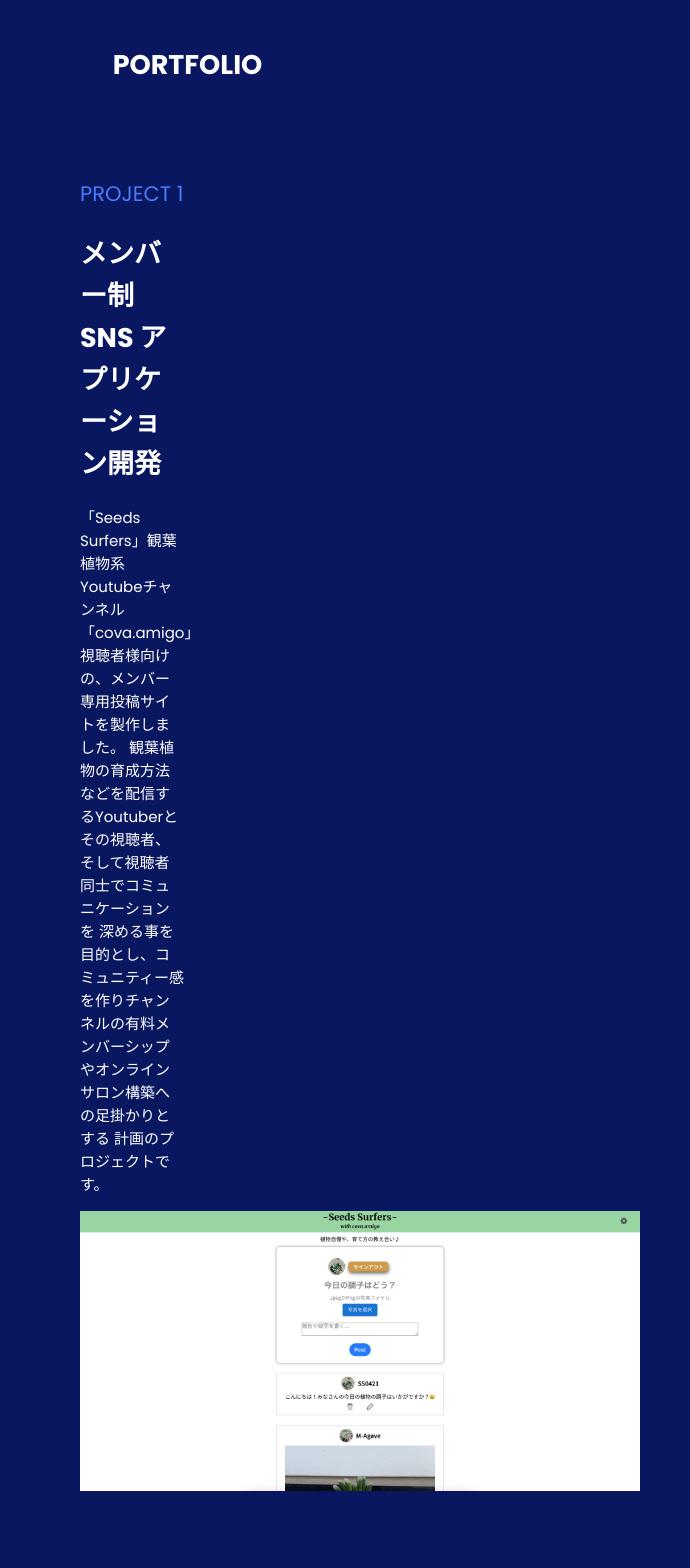
Repository: Seiya00002/my-portfolio-website2
Page: /
An editor plug-in stored every save of this project. The page is shown before and after the next save, followed by the edit.
The browser window is 375 px wide. The page is 690 px wide, so the pictures cover 690 px, including what lies to the right of the window. The pictures show the part of the page from y = 1012 to 2580 px (the page is 6540 px tall before and 6210 px after).
Pictures or frames that could not be fetched are drawn as grey boxes. Some web fonts or font styles are not loaded; a fallback is used. The project was rebuilt for these pictures with package versions that can differ from the ones it lists, and the page was loaded fresh each time.

Above is the page before, as saved 2023-09-26 08:45:05.

### src/index.css
body {
  margin: 0;
  font-family: -apple-system, BlinkMacSystemFont, 'Segoe UI', 'Roboto', 'Oxygen',
    'Ubuntu', 'Cantarell', 'Fira Sans', 'Droid Sans', 'Helvetica Neue',
    sans-serif;
  -webkit-font-smoothing: antialiased;
  -moz-osx-font-smoothing: grayscale;
  background-color: rgb(8, 23, 95);
}

code {
  font-family: source-code-pro, Menlo, Monaco, Consolas, 'Courier New',
    monospace;
}

### src/App.tsx
import React from 'react';
import logo from './logo.svg';
import './App.css';
import Header from './Components/Header';
import Homepage from './Components/Homepage';
import Footer from './Components/Footer';

function App() {
  return (
    <div className="App">
      <Header />
      <Homepage />
      <Footer />
    </div>
  );
}

export default App;

### src/App.css
@import url('https://fonts.googleapis.com/css2?family=Dela+Gothic+One&family=Poppins:wght@300;400;500;600;700&display=swap');


.App {
  align-items: center;
  font-size: 18px;
  height: 100vh;
  width: 100%;
}

h1, h2, h3, p, a, label {
  color: white;
  font-family: 'Poppins', sans-serif;
}

p {
  font-size: 15px;
}

.header {
  height: 80px;
  display: flex;
  justify-content: space-around;
  align-items: center;
  text-align: left;
  width: 100%;
  color: white;
  position: fixed;
  background-color: rgb(8, 23, 95);
  z-index: 10;
}

nav ul li {
  list-style: none;
  display: inline-block;
  margin-right: 30px;
}

nav ul li a {
  font-size: 15px;
  color: white;
  text-decoration: none;
  transition: all 0.2s;
}

nav ul li a:hover {
  color: rgb(36, 89, 250);
}

.container {
  padding: 80px;
}

.title {
  position: relative;
  padding-bottom: 120px;
}

.title p{
  font-size: 20px;
  position: absolute;
}

.title h1{
  font-family: 'Dela Gothic One', cursive;
  font-size: 40px;
  padding-top: 45px;
}

.button {
  display       : inline-block;
  border-radius : 10px;          /* 角丸       */
  font-size     : 12pt;        /* 文字サイズ */
  text-align    : center;      /* 文字位置   */
  cursor        : pointer;     /* カーソル   */
  padding       : 17px 45px;   /* 余白       */
  background: linear-gradient(to left, #97c6f8, #4b7cf8);
  color         : #ffffff;
  line-height   : 1em;
  transition    : .5s;         /* なめらか変化 */
  border        : none;
  text-decoration: none;
}
.button:hover {
  color         : #000066;
  background    : #ffffff;
}

#about-me {
  display: flex;
  width: 100%;
  margin-bottom: 150px;
}

.about-me img {
  height: 300px;
  width: 300px;
  object-fit: cover;
}
.section-title {
  display: flex;
  justify-content: center;
}

.project {
  display: flex;
  padding-top: 50px;
}

.project h3 {
  color: #4b7cf8;
  font-weight: 400;
}

.right-contents {
  align-items: center;
  padding-left: 100px;
}

.left-contents {
  padding-right: 100px;
}

.project img {
  width: 560px;
  height: 280px;
  object-fit: cover;
}

.tech-icon {
  width: 80px;
  height: 80px;
}

.tech-icon img {
  width: 100%;
  height: 100%;

}

.skill-section {
  display: flex;
}

.service-title img {
  width: 50px;
  height: 50px;
}

#contact {
  background: rgb(113, 135, 246);
  border-radius: 10px;
}

.footer {
  height: 110px;
  width: 100%;
  justify-content: center;
  align-items: center;
  background-color: rgb(113, 135, 246);
  border-top: rgb(196, 204, 244);
}

.footer p {
  text-align: center;
  padding-top: 40px;
  font-size: small;
}

@media screen and (max-width: 768px) {
  .project {
    display: block;
    width: 80%;
  }
}

@media screen and (max-width: 480px) {
  .project {
    display: block;
    width: 95%;
  }
}

### src/Components/Header.tsx
import React from 'react'

const Header = () => {
  return (
    <div className='header'>
        <div className='header-left'>
            <h3>Portfolio Site</h3>
        </div>
        <div className='header-right'>
            <nav>
                <ul>
                    <li>
                        <a href='#top'>HOME</a>
                    </li>
                    <li>
                        <a href='#portfolio'>PORTFOLIO</a>
                    </li>
                    <li>
                        <a href='#skill'>SKILL</a>
                    </li>
                    <li>
                        <a href='#service'>SERVICE</a>
                    </li>
                    <li>
                        <a href='#contact'>CONTACT</a>
                    </li>
                </ul>
            </nav>
        </div>
    </div>
  )
}

export default Header

### src/Components/Homepage.tsx
import React from 'react'

const Homepage = () => {
  return (
    <div className='container'>
        <div className='title'>
            <p>I'm a</p>
            <h1>Web Developer</h1>
            <a href='#portfolio' className='button'>Previous Project</a>
        </div>
        <div className='about-me' id='about-me'>
            <img src='/image/m-drawing.jpg' alt='profile-image' />
            <div className='right-contents'>
                <h2>Amout me</h2>
                <p>Webアプリケーションを中心に個人開発をしております。主にJavascript/React/HTML/CSSを扱っています。
                直近はマーケティング関連の仕事をしていたので、マーケティング戦略をしっかりと加味したWEBサイトやLP製作
                も行なっております。
                <br></br>趣味はサーフィンと、それを動画撮影・編集する事です。</p>
                <a href='#contact' className='button'>Contact me</a>
            </div>
        </div>

        <div id='portfolio'>
            <div className='section-title'>
                <h2>PORTFOLIO</h2>
            </div>
            <div className='project'>
                <div className='left-contents'>
                    <h3>PROJECT 1</h3>
                    <h2>メンバー制SNS アプリケーション開発</h2>
                    <p>「Seeds Surfers」観葉植物系Youtubeチャンネル「cova.amigo」視聴者様向けの、メンバー専用投稿サイトを製作しました。
                        観葉植物の育成方法などを配信するYoutuberとその視聴者、そして視聴者同士でコミュニケーションを
                        深める事を目的とし、コミュニティー感を作りチャンネルの有料メンバーシップやオンラインサロン構築への足掛かりとする
                        計画のプロジェクトです。
                    </p>
                </div>
                <img src='/image/seeds-surfers-image.png'
                    alt='Seeds-Surfers-image'
                />

            </div>
            <div className='project'>
                <div className='left-contents'>
                    <h3>PROJECT 2</h3>
                    <img src='/image/seeds-surf-lp-image.png'
                    alt='Seeds-Surf-lp-image'
                    />
                    <h2>LP 製作</h2>
                    <p>私自身の個人事業の、植物専門輸入事業「Seeds Surf」の宣伝LPを製作し運用しております。具体的なコストがすぐに
                        見えずらく売上に中々結び付かない課題を解消すべく、すぐにコストを試算できる機能を実装し、分かり易いコスト
                        提示にて顧客注文増加を目指しております。
                    </p>
                </div>
            </div>
            <div className='project'>
                <div className='left-contents'>
                    <h3>PROJECT 3</h3>
                    <img src='/image/youtube-image.png'
                    alt='movie-project-image'
                    />
                    <h2>動画製作</h2>
                    <p>Youtubeチャンネルを立ち上げから、撮影、編集、分析を含む運営を約2年間行いました。チャンネル登録者は約8千人、
                        販売売上80%増を達成しました。ニッチな分野のジャンルで、無名の状態から業界では知られた存在となり、人気を
                        獲得し売り上げにつながりました。テレビ風の面白おかしい、サボテン系植物の解説系動画チャンネルです。
                    </p>
                </div>
            </div>

        </div>

        <div id='skill'>
            <div className='section-title'>
                <h2>SKILL</h2>
            </div>
            <div className='skill-section'>
                <div className='tech-icon'>
                    <img src='/image/html-5-icon.svg' />
                    <p>HTML</p>
                </div>
                <div className='tech-icon'>
                    <img src='/image/css-3-icon.svg' />
                    <p>CSS</p>
                </div>
                <div className='tech-icon'>
                    <img src='/image/javascript-icon.svg' />
                    <p>Javascript</p>
                </div>
                <div className='tech-icon'>
                    <img src='/image/react-icon.svg' />
                    <p>React.JS</p>
                </div>
                <div className='tech-icon'>
                    <img src='/image/typescript-icon.svg' />
                    <p>Typescript</p>
                </div>
                <div className='tech-icon'>
                    <img src='/image/firebase-icon.svg' />
                    <p>Firebase</p>
                </div>
                <div className='tech-icon'>
                    <img src='/image/nodejs-icon.svg' />
                    <p>Node.JS</p>
                </div>
                <div className='tech-icon'>
                    <img src='/image/adobe-premiere-icon.svg' />
                    <p>Adobe preiere pro</p>
                </div>
            </div>
        </div>

        <div id='service'>
            <div className='section-title'>
                <h2>SERVICE</h2>
            </div>
            <div className='service-description'>
                <div className='service-box'>
                    <div className='service-title'>
                        <img src='/image/memo-app-icon.svg' />
                        <h2>Web Application 開発</h2>
                    </div>
                    <p>Javascript, React.js を用いたSNS等のWEBアプリケーションの開発</p>
                </div>
                <div className='service-box'>
                <div className='service-title'>
                        <img src='/image/memo-app-icon.svg' />
                        <h2>Website 開発</h2>
                    </div>
                    <p>Javascriptを用いた機能付きのWebサイトや、React.jsによる本格的なWebサイトをHTML,CSSの編集を含めご対応いたします。</p>
                </div>
                <div className='service-box'>
                <div className='service-title'>
                        <img src='/image/memo-app-icon.svg' />
                        <h2>Web Marketing support</h2>
                    </div>
                    <p>LP製作から、Web広告、SNS運用、そしてマーケティング戦略立案をサポートいたします。</p>
                </div>
                <div className='service-box'>
                <div className='service-title'>
                        <img src='/image/memo-app-icon.svg' />
                        <h2>動画製作</h2>
                    </div>
                    <p>Youtube, SNS向け動画製作の企画、撮影、編集作業を行なっております。Adobe premiere pro, filmoraソフトご対応しております。</p>
                </div>
            </div>
        </div>
        <div id='contact'>
            <div className='section-title'>
                <h2>CONTACT</h2>
            </div>
            <div className='contact-section'>
                <form>
                    <label>
                        名前:
                        <input
                            type='text'
                            required
                        />
                    </label>
                    <label>
                        Email:
                        <input
                            type='text'
                            required
                        />
                    </label>
                    <label>
                        メッセージ:
                        <textarea

                            required
                        ></textarea>
                    </label>
                    <button type='submit'>送信</button>
                </form>
            </div>
        </div>

    </div>
  )
}

export default Homepage

### src/Components/Footer.tsx
import React from 'react'

const Footer = () => {
  return (
        <div className='footer'>
            <p>CopyRight@Matsumoto</p>
        </div>  )
}

export default Footer

Loaded but not shown: public/index.html (common file); src/index.tsx (common file); src/reportWebVitals.ts (common file)

After the next save:
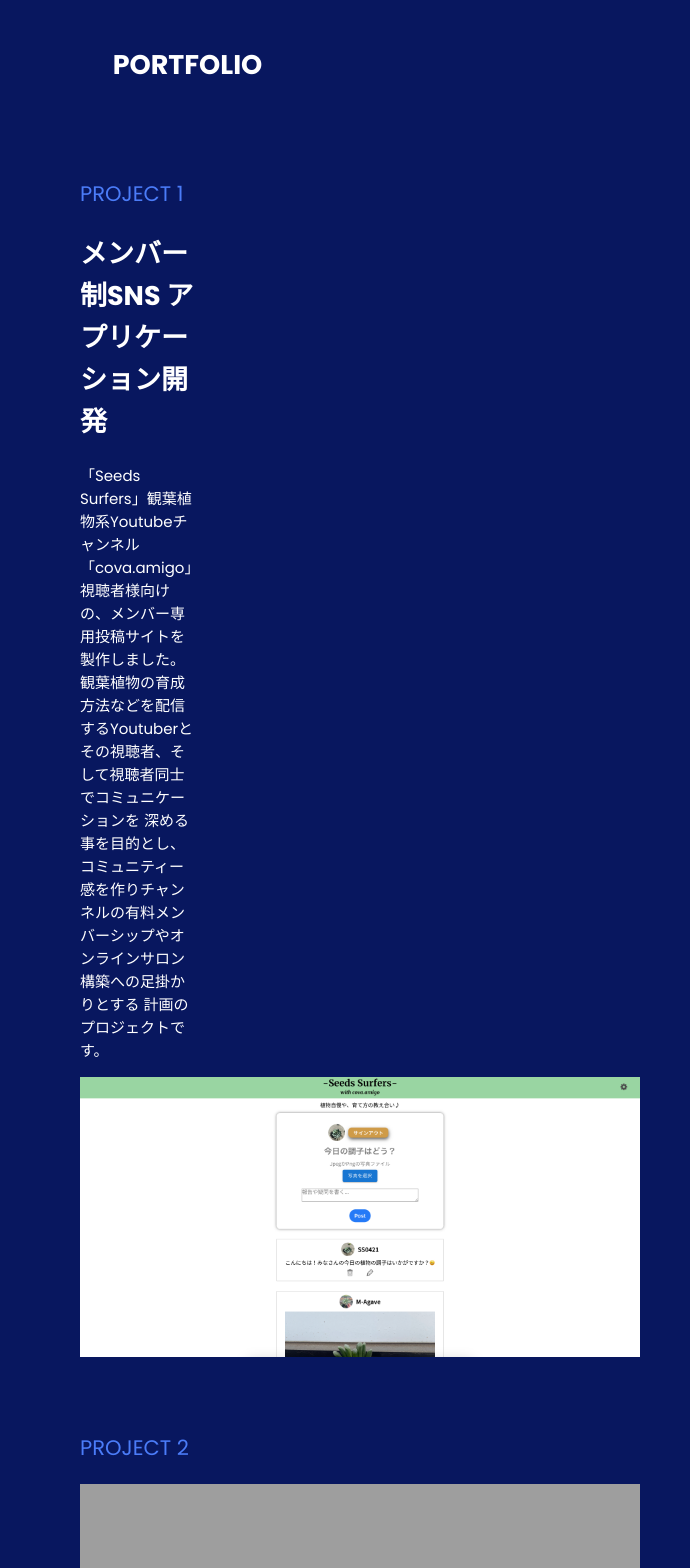
Saved 5 s later.
--- a/src/App.css
+++ b/src/App.css
@@ -170,13 +170,11 @@
 @media screen and (max-width: 768px) {
   .project {
     display: block;
-    width: 80%;
   }
 }
 
 @media screen and (max-width: 480px) {
   .project {
     display: block;
-    width: 95%;
   }
 }
